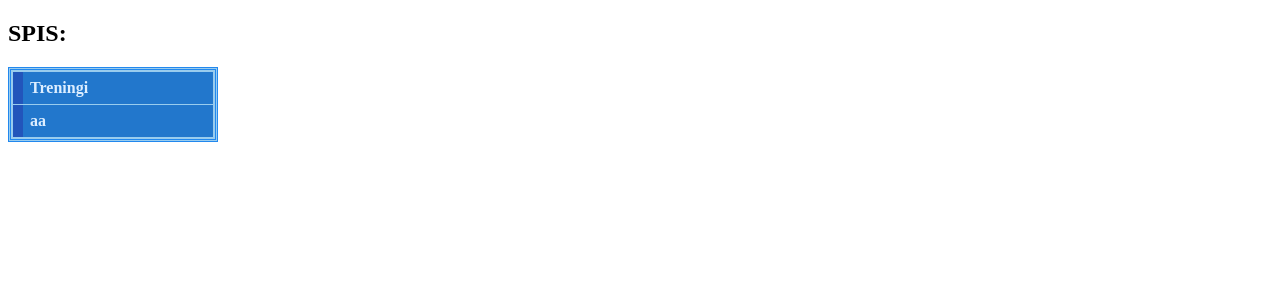
Repository: zlenyk/wrzucak
Page: http://localhost/Shop/UserMenu.jsp
An editor plug-in stored every save of this project. The page is shown before and after the next save, followed by the edit.
The browser window is 1280 px wide. The pictures show the whole page.
The page is served by Tomcat 9.

Above is the page before, as saved 2013-09-23 15:15:03.

After the next save:
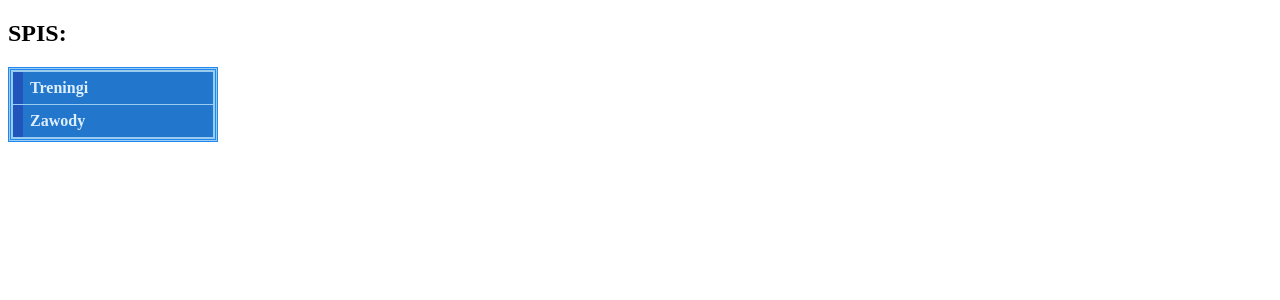
Saved 41 s later.
--- a/Shop/WebContent/UserMenu.jsp
+++ b/Shop/WebContent/UserMenu.jsp
@@ -9,6 +9,6 @@
 </head>
 <body>
 	<h2>SPIS:</h2>
-	<ul class="menu_pionowe"><li><a href="http://localhost:8080/Shop/Trainings">Treningi</a></li><li><a href="#">aa</a></li></ul>
+	<ul class="menu_pionowe"><li><a href="http://localhost:8080/Shop/Trainings">Treningi</a></li><li><a href="http://localhost:8080/Shop/Events">Zawody</a></li>
 </body>
 </html>
